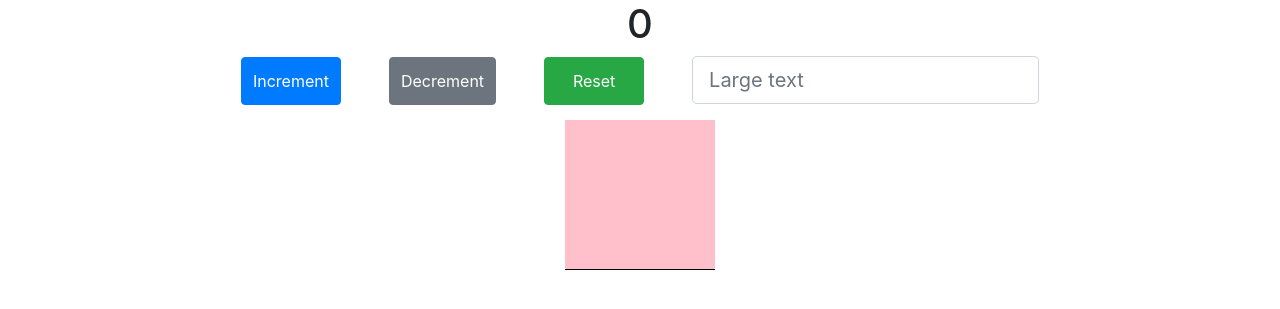
Repository: tts2610/redux-counter
Page: /
The author's editor kept a copy of each file at every save. The page is drawn from the files as they stood at one save, then again after the next save.
The browser window is 1280 px wide. The pictures show the whole page.
The project was rebuilt for these pictures with package versions that can differ from the ones it lists, and the page was loaded fresh each time.

Above is the page before, as saved 2020-06-09 15:17:32.

After the next save:
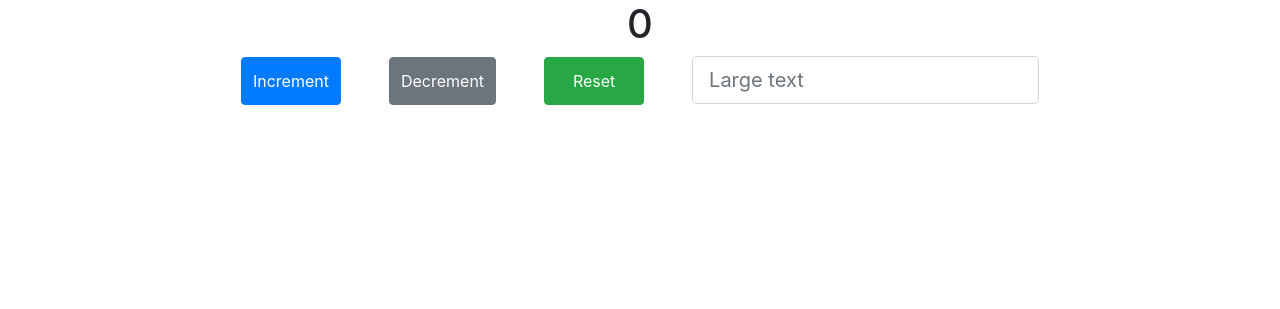
Saved 13 s later.
--- a/src/App.js
+++ b/src/App.js
@@ -72,7 +72,7 @@ function App() {
         </Form.Group>
       </div>
 
-      <div
+      {/* <div
         style={{
           width: "150px",
           height: "150px",
@@ -80,7 +80,8 @@ function App() {
           margin: "0 auto",
           borderBottom: "1px solid black",
         }}
-      ></div>
+      ></div> */}
+      {divList}
     </div>
   );
 }

After the save that followed:
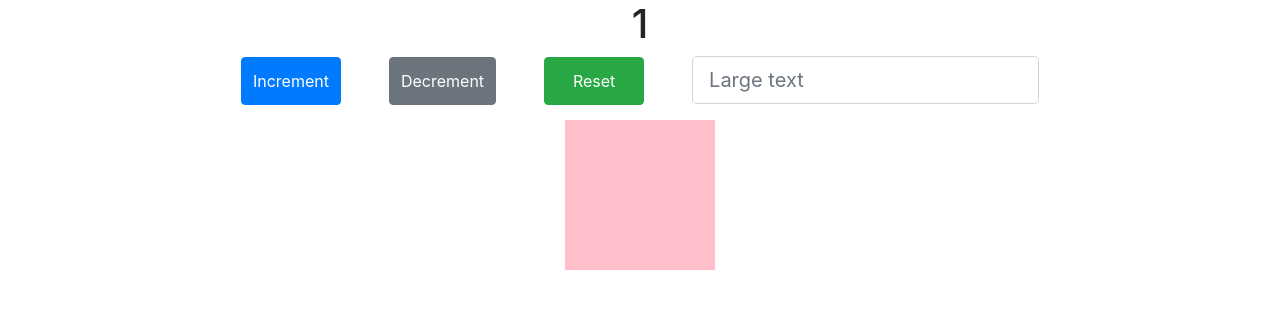
Saved 18 s later.
--- a/src/index.js
+++ b/src/index.js
@@ -7,7 +7,7 @@ import { createStore } from "redux";
 import { Provider } from "react-redux";
 
 const initialState = {
-  count: 0,
+  count: 1,
   color: "pink",
 };
 
